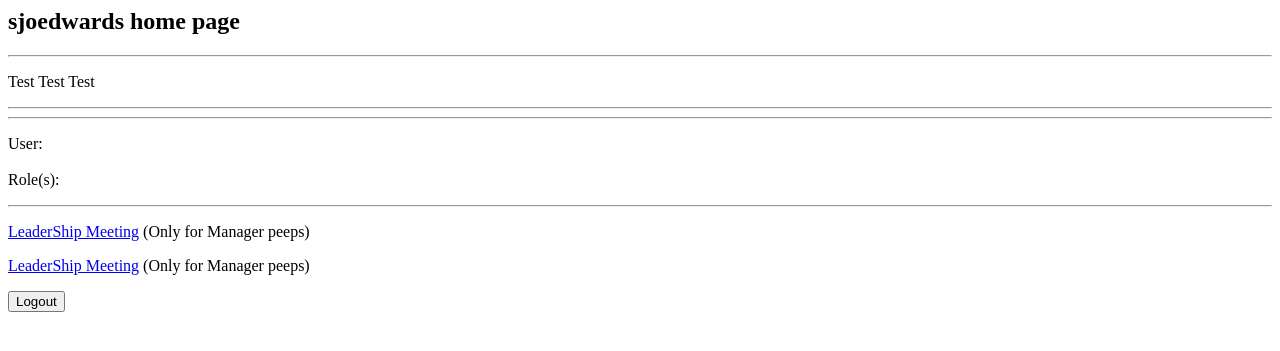
Repository: sjoedwards/springdemo
Page: http://localhost/35-spring-security-demo-07-user-roles/WEB-INF/view/home.jsp
These files come from the project's save history. The page is drawn as it stood at one moment and after the next save; the edit follows.
The browser window is 1280 px wide. The pictures show the whole page.
The page is served by Tomcat 9. Nobody is signed in. Other server files are loaded and not shown. The template is opened directly, without the code that normally fills it, so the values that code supplies are empty.

Above is the page before, as saved 2022-08-24 15:15:30.

### 35-spring-security-demo-07-user-roles/src/main/webapp/WEB-INF/view/home.jsp
<%@ taglib prefix="form" uri="http://www.springframework.org/tags/form"%>
<%@ taglib prefix="security"
	uri="http://www.springframework.org/security/tags"%>


<html>
<head>
<title>sjoedwards home page</title>
</head>
<body>
	<h2>sjoedwards home page</h2>
	<hr>
	<p>Test Test Test</p>
	<hr>
	<hr>
	<!-- display username and role -->

	<p>
		User:
		<security:authentication property="principal.username" />
		<br> <br> Role(s):
		<security:authentication property="principal.authorities" />

	</p>

	<hr>
	<!-- Add a link to point to /leaders for manager role -->
	<p>
		<a href="${pageContext.request.contextPath}/leaders">LeaderShip
			Meeting</a> (Only for Manager peeps)
	</p>

	<p>
		<a href="${pageContext.request.contextPath}/systems">LeaderShip
			Meeting</a> (Only for Manager peeps)
	</p>



	<!-- Add a logout button -->
	<form:form action="${pageContext.request.contextPath}/logout"
		method="POST">

		<input type="submit" value="Logout">
	</form:form>
</body>

</html>

After the next save:
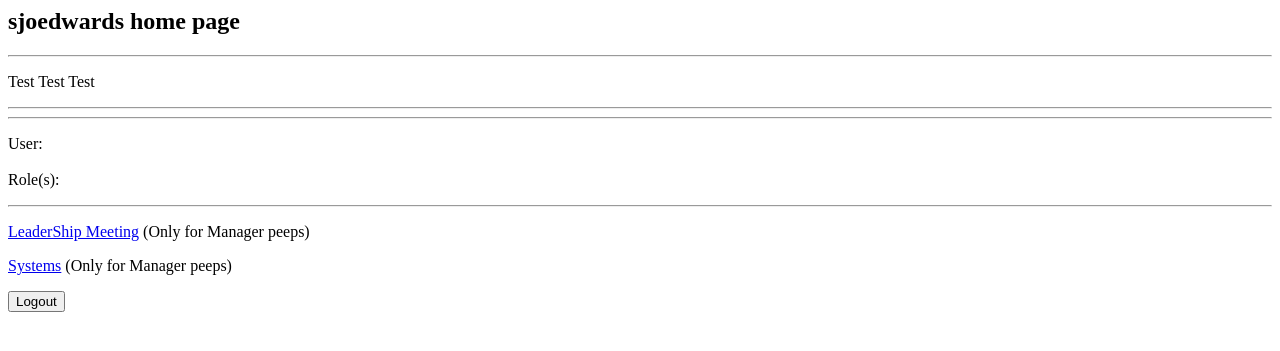
Saved 8 s later.
--- a/35-spring-security-demo-07-user-roles/src/main/webapp/WEB-INF/view/home.jsp
+++ b/35-spring-security-demo-07-user-roles/src/main/webapp/WEB-INF/view/home.jsp
@@ -31,8 +31,7 @@
 	</p>
 
 	<p>
-		<a href="${pageContext.request.contextPath}/systems">LeaderShip
-			Meeting</a> (Only for Manager peeps)
+		<a href="${pageContext.request.contextPath}/systems">Systems</a> (Only for Manager peeps)
 	</p>
 
 
